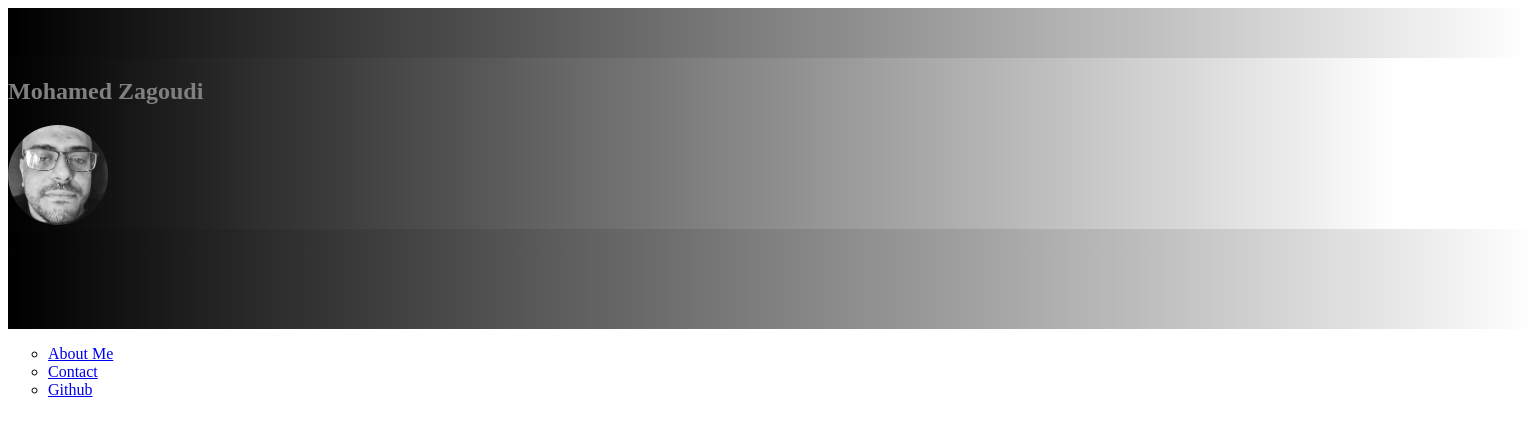
Repository: Mohzagou/Eersteportofolio
Page: index.html
An editor plug-in stored every save of this project. The page is shown before and after the next save, followed by the edit.
The browser window is 1280 px wide. The page is 1537 px wide, so the pictures cover 1537 px, including what lies to the right of the window. The pictures show the whole page.

Above is the page before, as saved 2022-06-07 22:43:36.

### index.html
<!DOCTYPE html>


<head>
    <link rel="stylesheet" href="styles.css" />
    <meta charset="UTF-8">

    <title>Document</title>
</head>

<body>

    <header></header>
    <div class="about-me">
        <h2 id="name">Mohamed Zagoudi</h2>
        <img class="avatar" src="images/67gwzvy.jpeg" alt="Mohamed Zagoudi headshot">


        <section>
            <div class="test"></div>
            <div class="test"></div>
            <div class="test"></div>
            <div class="test"></div>
            <div class="test"></div>
        </section>
        <footer>
            <ul style="list-style-type: circle ">
                <li><a href=" ">About Me</a></li>
                <li><a href=" ">Contact</a></li>
                <li><a href="https://github.com/Mohzagou ">Github</a></li>

            </ul>

        </footer>



</body>



</html>

### styles.css
body {
    display: flex;
    flex-direction: column;
}

header {
    width: 120%;
    height: 50px;
    background-image: linear-gradient(to right, black, grey, white);
    /*background-color: rgb(113, 74, 145);*/
}

section {
    width: 110%;
    height: 100px;
    background-image: linear-gradient(to right, black, grey, white);
    background-color: #234def;
    display: flex;
    align-items: center;
    justify-content: center;
}

.about-me {
    width: 110%;
    height: 200px;
    background-image: linear-gradient(to right, black, grey, white);
    /*background-color: rgb(177, 69, 21, 0.8);*/
    /*margin: 10px 0 10px 0;
    border: solid black 10px;
    border-radius: 15px;*/
}

.avatar {
    width: 100px;
    border-radius: 50px;
}

#name {
    color: grey;
}

.test {
    width: 30px;
    height: 30px;
    background-color: (black);
    margin: 5px;
}

After the next save:
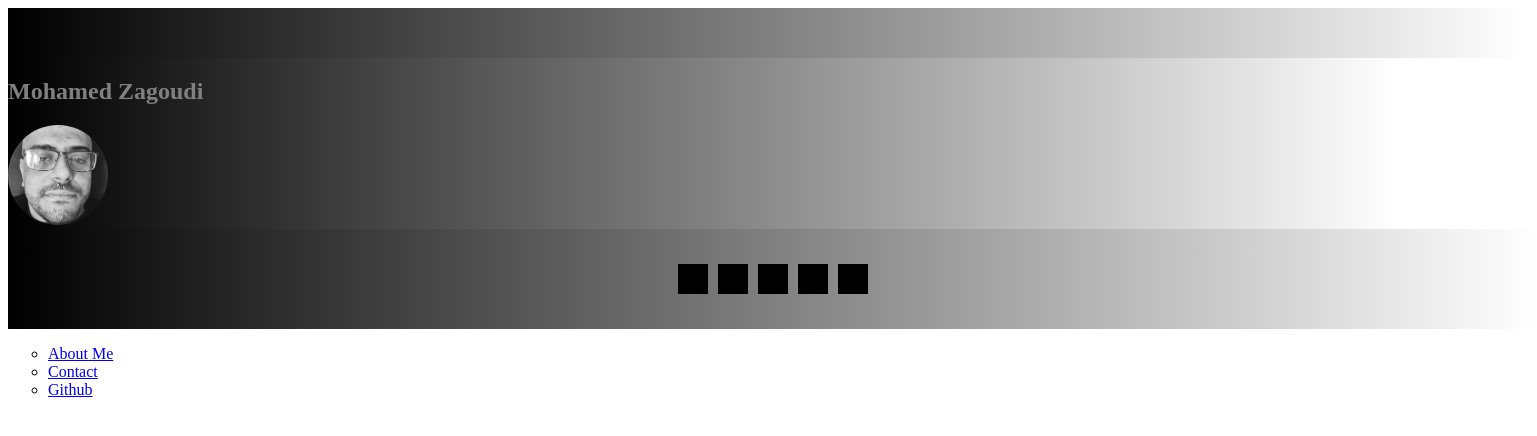
Saved 11 s later.
--- a/styles.css
+++ b/styles.css
@@ -42,6 +42,6 @@ section {
 .test {
     width: 30px;
     height: 30px;
-    background-color: (black);
+    background-color: black;
     margin: 5px;
 }
